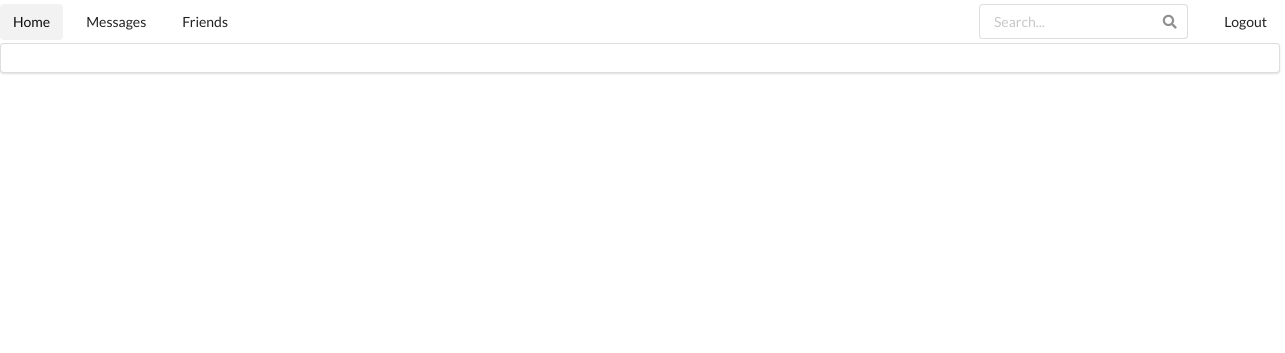
Repository: mystrader/angular4_appestudo
Page: / (app in twitter-app-devdec101/)
An editor plug-in stored every save of this project. The page is shown before and after a run of saves, followed by the edit.
The browser window is 1280 px wide. The page is 1285 px wide, so the pictures cover 1285 px, including what lies to the right of the window. The pictures show the whole page.
Some web libraries are served in a nearby version. The project was rebuilt for these pictures with package versions that can differ from the ones it lists, and the page was loaded fresh each time. Also part of the build but not shown: twitter-app-devdec101/angular.json.

Above is the page before, as saved 2018-06-17 23:37:38.

### twitter-app-devdec101/src/index.html
<!doctype html>
<html lang="en">
<head>
  <meta charset="utf-8">
  <title>TwitterAppDevdec101</title>
<link rel="stylesheet" href="https://cdn.jsdelivr.net/npm/semantic-ui@2.3.1/dist/semantic.min.css">

  <base href="/">

  <meta name="viewport" content="width=device-width, initial-scale=1">
  <link rel="icon" type="image/x-icon" href="favicon.ico">
</head>
<body>
  <app-root></app-root>


<script src="https://code.jquery.com/jquery-3.2.1.min.js" integrity="sha256-hwg4gsxgFZhOsEEamdOYGBf13FyQuiTwlAQgxVSNgt4="
  crossorigin="anonymous"></script>
<script src="https://cdn.jsdelivr.net/npm/semantic-ui@2.3.1/dist/semantic.min.js"></script>

</body>

</html>

### twitter-app-devdec101/src/app/app.module.ts
import { BrowserModule } from '@angular/platform-browser';
import { NgModule } from '@angular/core';

import { AppComponent } from './app.component';
import { MenuComponent } from './menu/menu.component';
import { FeedComponent } from './feed/feed.component';
import { TweetComponent } from './tweet/tweet.component';

@NgModule({
  declarations: [
    AppComponent,
    MenuComponent,
    FeedComponent,
    TweetComponent
  ],
  imports: [
    BrowserModule
  ],
  providers: [],
  bootstrap: [AppComponent]
})
export class AppModule { }

### twitter-app-devdec101/src/app/feed/feed.component.ts
import { Component, OnInit } from '@angular/core';

@Component({
  selector: 'app-feed',
  templateUrl: './feed.component.html',
  styleUrls: ['./feed.component.css']
})
export class FeedComponent implements OnInit {


  tweets = [
    {
      user: "Stevie",
      name: "Stevie Gray",
      body: "Stevie Gray is a library scientist living in New York City. She likes to spend her time reading, running, and writing.",
      avatar: "../assets/images/avatar/stevie.jpg"
    },
     {
      user: "Jenny",
      name: "JennieDoe",
      body: "Jenny Doe is a library scientist living in New York City. She likes to spend her time reading, running, and writing.",
      avatar: "../assets/images/avatar/jenny.jpg"
    },
     {
      user: "Veronika",
      name: "Veronika",
      body: "Veronika is a library scientist living in New York City. She likes to spend her time reading, running, and writing.",
      avatar: "../assets/images/avatar/veronika.jpg"
    }
  ];


  constructor() { }

  ngOnInit() {
  }

}

### twitter-app-devdec101/src/app/app.component.html
<app-menu></app-menu>
<app-feed></app-feed>

### twitter-app-devdec101/src/app/menu/menu.component.html
<div class="ui secondary  menu">
  <a class="active item">
    Home
  </a>
  <a class="item">
    Messages
  </a>
  <a class="item">
    Friends
  </a>
  <div class="right menu">
    <div class="item">
      <div class="ui icon input">
        <input type="text" placeholder="Search...">
        <i class="search link icon"></i>
      </div>
    </div>
    <a class="ui item">
      Logout
    </a>
  </div>
</div>

### twitter-app-devdec101/src/app/feed/feed.component.html
<div class="ui segment">

<!-- Listagem de twittes-->
<div class="ui yellow message" *ngIf='!tweets'>
  <i class="star icon"></i>
  Não existe tweets
</div>



</div>

### twitter-app-devdec101/src/app/tweet/tweet.component.ts
import { Component, Input, OnInit  } from '@angular/core';

@Component({
  selector: 'app-tweet',
  templateUrl: './tweet.component.html',
  styleUrls: ['./tweet.component.css']
})
export class TweetComponent implements OnInit {


  @Input() tweet;

  constructor() { }

  ngOnInit() {
  }

}

### twitter-app-devdec101/src/app/tweet/tweet.component.html
<!-- Listagem de tweets -->
<div class="ui items">
  <div class="item" >
    <a class="ui tiny image">
      <img src="{{tweet.avatar}}">
    </a>
    <div class="content">
      <a class="header">{{tweet.name}}</a>
      <div class="description">
        <p>@{{tweet.user}} - {{tweet.body}}</p>
      </div>
    </div>
  </div>

</div>

Loaded but not shown: twitter-app-devdec101/src/styles.css (common file); twitter-app-devdec101/src/main.ts (common file); twitter-app-devdec101/src/environments/environment.ts (common file); twitter-app-devdec101/src/app/app.component.ts (common file); twitter-app-devdec101/src/app/menu/menu.component.ts (common file); twitter-app-devdec101/src/app/app.component.css (no stored copy; drawn as an empty file); twitter-app-devdec101/src/app/feed/feed.component.css (no stored copy; drawn as an empty file); twitter-app-devdec101/src/app/menu/menu.component.css (no stored copy; drawn as an empty file); twitter-app-devdec101/src/app/tweet/tweet.component.css (no stored copy; drawn as an empty file)

After the next 3 saves:
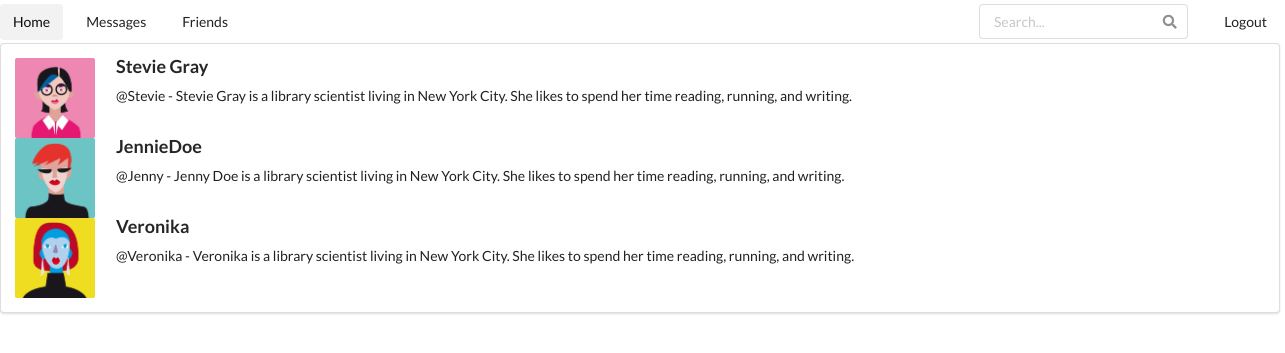
The 3 saves are shown as one change because 2 did not build or start.
The last was saved 36 min 11 s later.
--- a/twitter-app-devdec101/src/app/feed/feed.component.html
+++ b/twitter-app-devdec101/src/app/feed/feed.component.html
@@ -6,6 +6,6 @@
   Não existe tweets
 </div>
 
-
+<app-tweet *ngFor='let currTweet of tweets' [tweet]='currTweet'></app-tweet>
 
 </div>
